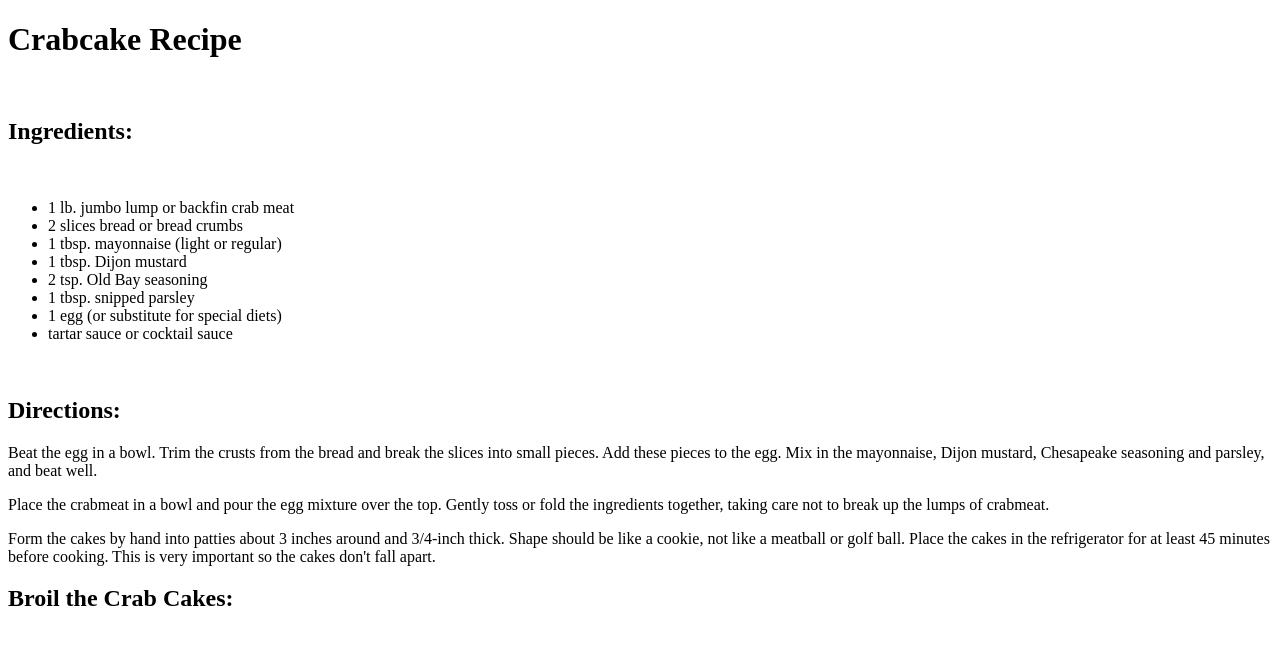
Repository: ri144/JavaWebCourse
Page: CrabcakeWebsite/WebContent/NewFile.html
These files come from the project's save history. The page is drawn as it stood at one moment and after the next save; the edit follows.
The browser window is 1280 px wide. The pictures show the whole page.

Above is the page before, as saved 2017-06-13 13:29:25.

### CrabcakeWebsite/WebContent/NewFile.html
<!DOCTYPE html>
<html>
<head>
<meta charset="UTF-8">
<title>Insert title here</title>
</head>
<body>
<h1>Crabcake Recipe</h1>
<br>
<h2>Ingredients:</h2>
<br>
<Ul><li>1 lb. jumbo lump or backfin crab meat</li>
<li>2 slices bread or bread crumbs</li>
<li>1 tbsp. mayonnaise (light or regular)</li>
<li> 1 tbsp. Dijon mustard</li>
<li>2 tsp. Old Bay seasoning</li>
<li>1 tbsp. snipped parsley</li>
<li>1 egg (or substitute for special diets)</li>
<li>tartar sauce or cocktail sauce</li>
</Ul>
<br>
<h2>Directions:</h2>
<p>Beat the egg in a bowl. Trim the crusts from the bread and break the slices into small pieces. Add these pieces to the egg. Mix in the mayonnaise, Dijon mustard, Chesapeake seasoning and parsley, and beat well.</p>
<p>Place the crabmeat in a bowl and pour the egg mixture over the top. Gently toss or fold the ingredients together, taking care not to break up the lumps of crabmeat.</p>
<p>Form the cakes by hand into patties about 3 inches around and 3/4-inch thick. Shape should be like a cookie, not like a meatball or golf ball. Place the cakes in the refrigerator for at least 45 minutes before cooking. This is very important so the cakes don't fall apart.</p>
<h2>Broil the Crab Cakes:</h2>
</body>
</html>

After the next save:
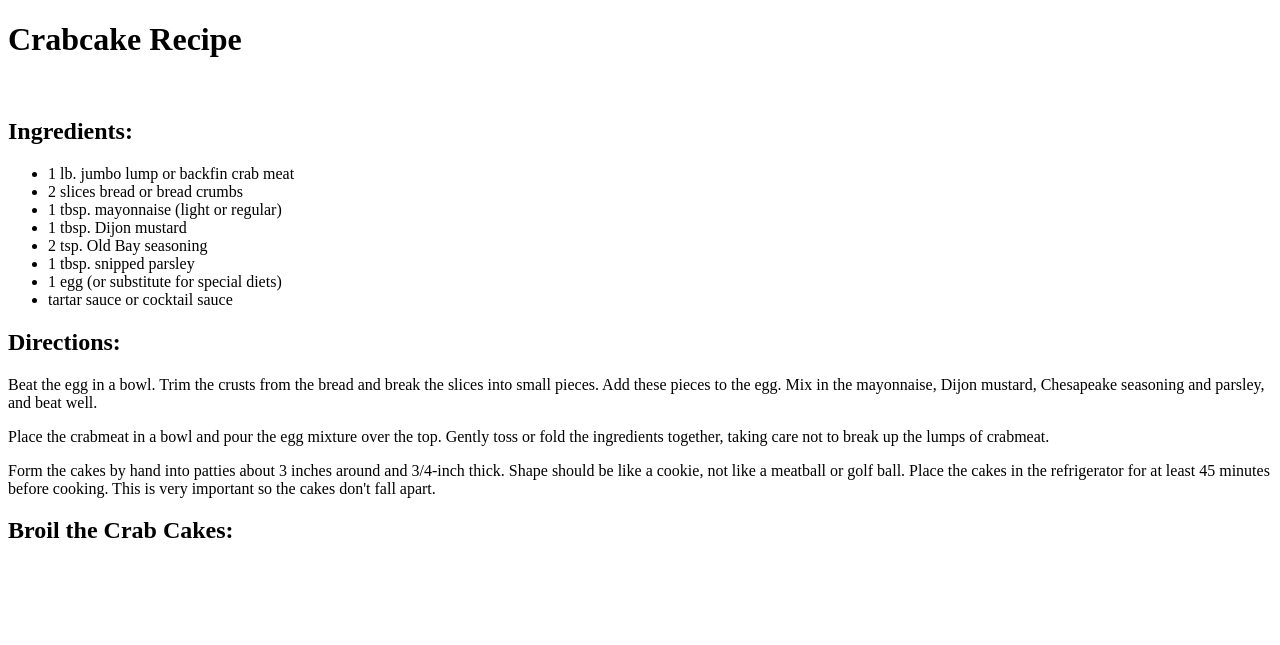
Saved 50 s later.
--- a/CrabcakeWebsite/WebContent/NewFile.html
+++ b/CrabcakeWebsite/WebContent/NewFile.html
@@ -8,7 +8,6 @@
 <h1>Crabcake Recipe</h1>
 <br>
 <h2>Ingredients:</h2>
-<br>
 <Ul><li>1 lb. jumbo lump or backfin crab meat</li>
 <li>2 slices bread or bread crumbs</li>
 <li>1 tbsp. mayonnaise (light or regular)</li>
@@ -18,7 +17,6 @@
 <li>1 egg (or substitute for special diets)</li>
 <li>tartar sauce or cocktail sauce</li>
 </Ul>
-<br>
 <h2>Directions:</h2>
 <p>Beat the egg in a bowl. Trim the crusts from the bread and break the slices into small pieces. Add these pieces to the egg. Mix in the mayonnaise, Dijon mustard, Chesapeake seasoning and parsley, and beat well.</p>
 <p>Place the crabmeat in a bowl and pour the egg mixture over the top. Gently toss or fold the ingredients together, taking care not to break up the lumps of crabmeat.</p>
